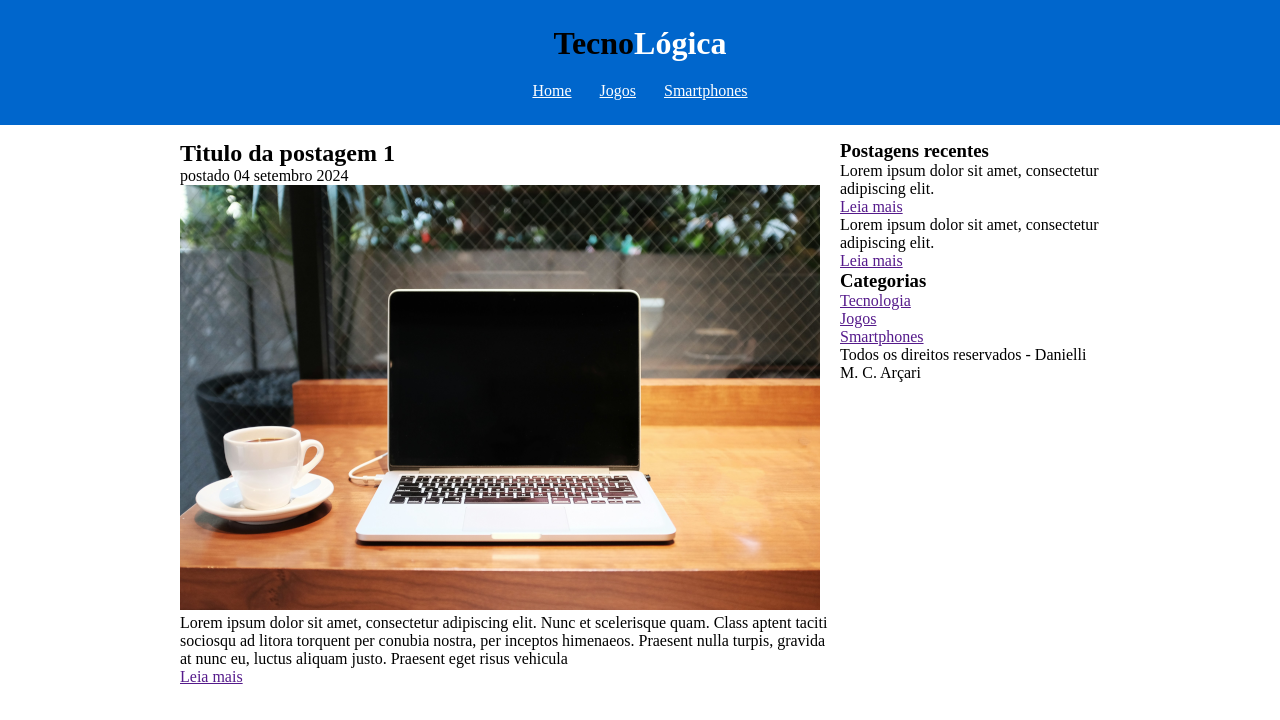
Repository: danielli-arcari/blog-html-css
Page: index.html
The author's editor kept a copy of each file at every save. The page is drawn from the files as they stood at one save, then again after the next save.
The browser window is 1280 px wide. The pictures show the whole page.

Above is the page before, as saved 2026-03-10 16:30:19.

### index.html
<!DOCTYPE html>
<html lang="pt-br">

<head>
    <meta charset="UTF-8">
    <meta name="viewport" content="width=device-width, initial-scale=1.0">
    <title>TecnoLógica - Tudo sobre tecnologia</title>

    <link rel="stylesheet" href="css/style.css">
</head>

<body>

    <div id="header">

        <div id="logo">
            <h1>Tecno<span class="white">Lógica</span></h1>
        </div>

        <div id="menu">
            <a href="index.html">Home</a>
            <a href="jogos.html">Jogos</a>
            <a href="smartphones.html">Smartphones</a>
        </div>

    </div>

    <div id="content">

        <div id="posts">

            <!-- abertura postagem -->
            <div class="post">
                <h2>Titulo da postagem 1</h2>
                <span class="data-post">postado 04 setembro 2024</span>
                <img class="img-post" src="imagens/tecnologia01.png">
                <p>
                    Lorem ipsum dolor sit amet, consectetur adipiscing elit. Nunc et scelerisque quam. Class aptent taciti sociosqu ad litora torquent per conubia nostra, per inceptos himenaeos. Praesent nulla turpis, gravida at nunc eu, luctus aliquam justo. Praesent eget risus vehicula
                </p>
                <a href="">Leia mais</a>
            </div>
            <!--fechamento postagem -->

        </div>

        <div id="right-side">

            <div class="content-right">
                <h3>Postagens recentes</h3>

                <div class="post-right">
                    <p>Lorem ipsum dolor sit amet, consectetur adipiscing elit.</p>
                    <a href="">Leia mais</a>
                </div>

                <div class="post-right" style="border-bottom: none;">
                    <p>Lorem ipsum dolor sit amet, consectetur adipiscing elit.</p>
                    <a href="">Leia mais</a>
                </div>

            </div>

            <div class="content-right">
                <h3>Categorias</h3>

                <a href="">Tecnologia</a><br>
                <a href="">Jogos</a><br>
                <a href="">Smartphones</a><br>

            </div>

        </div>

        <div id="footer">
            Todos os direitos reservados - Danielli M. C. Arçari
        </div>

    </div>
</body>

</html>

### css/style.css
/*
***limpar formatações***
*/
*{
    margin: 0;
    padding: 0;
}
/*
***header***
*/
#header{
    background-color: #0066CC;
    padding: 15px;
    text-align: center;
}

#logo, #menu{
    padding: 10px;
}

#header a:link, #header a:visited{
    color: #FFFFFF;
    padding: 8px 12px;
}

#header a:hover{
    color: #0066CC;
    background: #FFFFFF;
    text-decoration: none;
}
.white{
    color: #FFFFFF;
}

/*
***conteúdo***
*/
#content{
    width: 920px;
    margin: 0 auto;
    padding: 15px;
}

#posts{
    width: 660px;
    float: left;
}

After the next save:
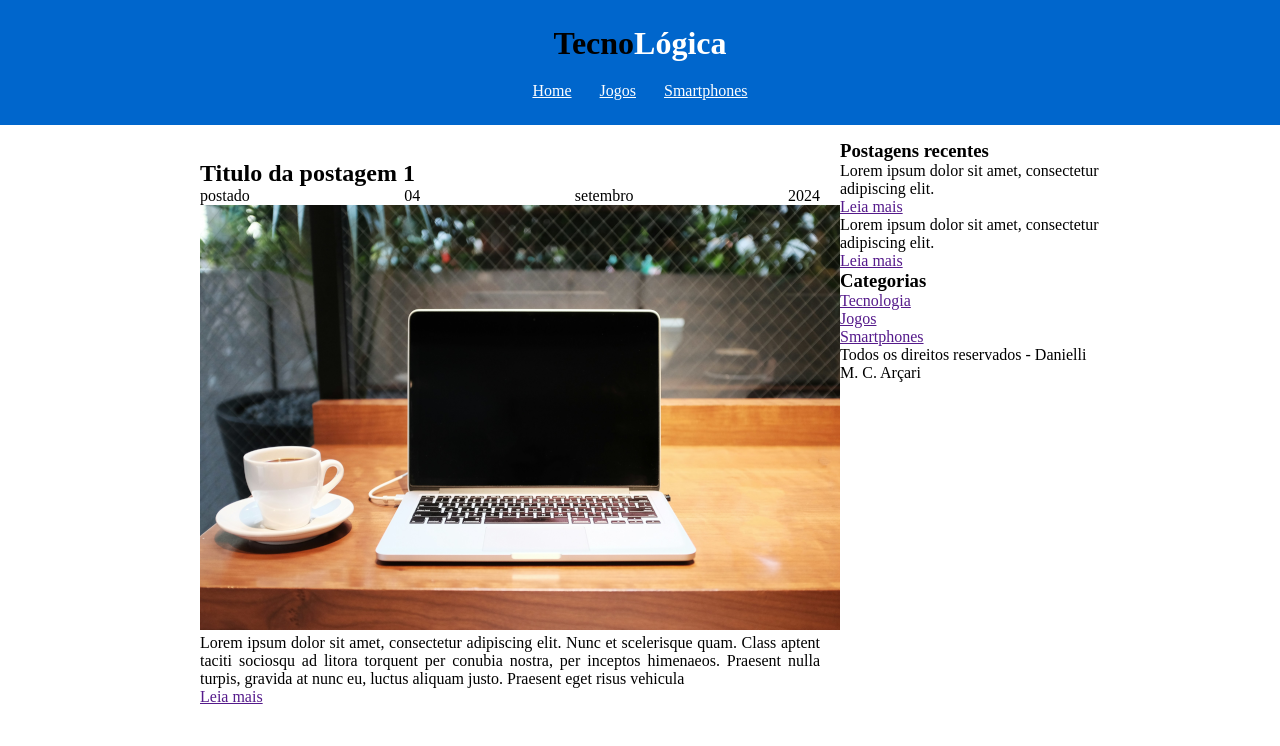
Saved 2 min 16 s later.
--- a/css/style.css
+++ b/css/style.css
@@ -45,3 +45,10 @@
     width: 660px;
     float: left;
 }
+
+.post{
+    padding: 20px;
+    margin-bottom: 20px;
+    background: #FFFFFF;
+    text-align: justify;
+}
